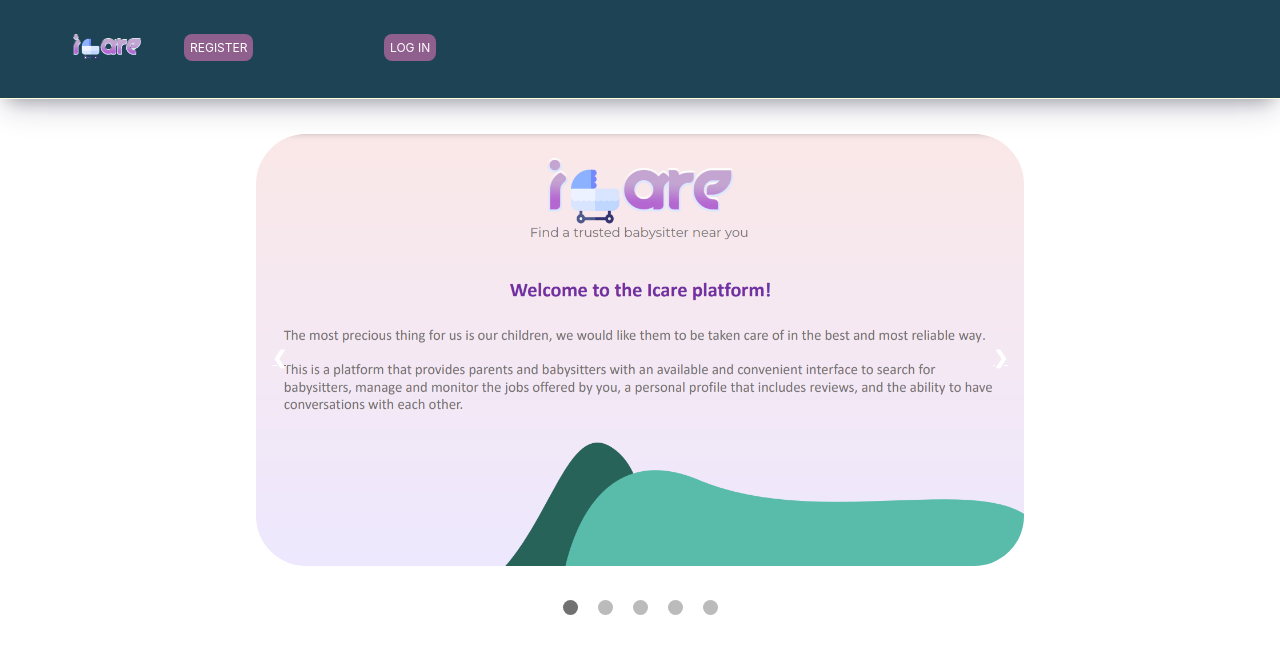
Repository: DorAzaria/iCare
Page: / (app in front-end/)
These files come from the project's save history. The page is drawn as it stood at one moment and after the next save; the edit follows.
The browser window is 1280 px wide. The pictures show the whole page.
The project was rebuilt for these pictures with package versions that can differ from the ones it lists, and the page was loaded fresh each time. Also part of the build but not shown: front-end/craco.config.js, front-end/src/database/Driver/index.js, front-end/src/shared/AppKeys/index.js, front-end/src/components/Shells/Navigation/index.jsx, front-end/src/shared/ErrorCodes/index.js, front-end/src/components/Views/LogIn/index.css, front-end/src/components/Views/LogIn/index.jsx, front-end/src/components/Partials/JobPost/index.css and 46 more.

Above is the page before, as saved 2022-08-16 15:15:53.

### front-end/src/index.js
import React from 'react';
import ReactDOM from 'react-dom/client';

import App from '@components/App';
import 'bootstrap/dist/css/bootstrap.min.css';
import './index.css';
import './styles/buttons.css';
import './styles/layouts.css';
import './styles/titles.css';

const root = ReactDOM.createRoot(document.getElementById('root'));
root.render(
  <React.StrictMode>
    <App />
  </React.StrictMode>
);

### front-end/src/components/App/index.jsx
import React from 'react';

import {
  BrowserRouter,
  Routes,
  Route,
} from 'react-router-dom';

import AppContext, { defaultContext } from '@contexts/App';

import ViewIndex from '@components/Views/Index';
import ViewLogIn from '@components/Views/LogIn';
import ViewJobs from '@components/Views/Jobs';
import ViewPreRegister from '@components/Views/PreRegister';
import ViewParentRegister from '@components/Views/Parent-Register';
import ViewBabySitterRegister from '@components/Views/BabySitter-Register';
//import ViewRegister from '@components/Views/Register';
import ViewApply from '@components/Views/Apply';
import ViewRequests from '@components/Views/Requests';
import ViewChat from '@components/Views/Chat';
import ViewProfile from '@components/Views/Profile';
import ViewSitters from '@components/Views/Sitters';
import ViewParents from '@components/Views/Parents';

import ViewSitterProfile from '@components/Views/SitterProfile';
import ViewJobDetail from '@components/Views/JobDetail';

import ViewWatches from '@components/Views/Watches';

import ViewParentProfile from '@components/Views/ParentProfile';

import ViewLogOut from '@components/Views/LogOut';

import './index.css';

import 'bootstrap/dist/css/bootstrap.min.css';

class App extends React.Component {

  constructor(props) {
    super(props);

    this.state = { ...defaultContext };
    this.state.app = this;

  }

  render () {

    const appContext = this.state;

    const viewIndex = <ViewIndex/>;
    const viewLogIn = <ViewLogIn/>;
    const viewJobs = <ViewJobs/>;
    const viewProfile = <ViewProfile/>;
    //const viewRegister = <ViewRegister/>;
    const viewPreRegister = <ViewPreRegister/>
    const viewParentRegister = <ViewParentRegister/>
    const viewBabySitterRegister = <ViewBabySitterRegister/>
    const viewApply = <ViewApply/>;
    const viewRequests = <ViewRequests/>;
    const viewChat = <ViewChat/>;
    const viewWatches = <ViewWatches/>;

    const viewSitters = <ViewSitters/>;
    const viewParents = <ViewParents/>;
    const viewSitterProfile = <ViewSitterProfile/>;
    const viewJobDetail = <ViewJobDetail/>;
    const viewParentProfile = <ViewParentProfile/>;
    const viewLogOut = <ViewLogOut/>;

    return (
      <AppContext.Provider value={ appContext }>
        <div className="App">
          <div className="App_layerBase">
            <BrowserRouter>
              <Routes>
                <Route path="/" element={ viewIndex } exact/>
                <Route path="/sitters" element={ viewSitters }  exact/>
                <Route path="/register" element={ viewPreRegister }  exact/>
                <Route path="/parent-register" element={ viewParentRegister }  exact/>
                <Route path="/babysitter-register" element={ viewBabySitterRegister }  exact/>
                <Route path="/log-in" element={ viewLogIn }  exact/>
                <Route path="/jobs" element={ viewJobs }  exact/>
                <Route path="/apply" element={ viewApply }  exact/>
                <Route path="/requests" element={ viewRequests }  exact/>
                <Route path="/chat" element={ viewChat }  exact/>

                <Route path="/families" element={ viewParents }  exact/> { /* update from here*/}
                <Route path="/profile" element={ viewProfile }  exact/>
                <Route path="/watchlist" element={ viewWatches }  exact/>
                <Route path="/sitter-profile" element={ viewSitterProfile }  exact/>
                <Route path="/job-detail" element={ viewJobDetail }  exact/>
                <Route path="/parent-profile" element={ viewParentProfile }  exact/>
                <Route path="/log-out" element={ viewLogOut } exact/>
              </Routes>
            </BrowserRouter>
          </div>
          { /* <div className="App_layerPopup"></div> */ }
        </div>
      </AppContext.Provider>
    );

  }

}

export default App;

### front-end/src/styles/buttons.css
.Button_navigation {
  background: #8f5f8d;
  border-radius: 8px;

  color: white;
  padding: 6px;
  text-align: center;
  font-size: 12px;
  text-decoration: none;
}

.Button_disabled {
  background: #4F4F4F;
  border-radius: 8px;
  color: white;

  padding: 8px;

  text-align: center;
  text-decoration: none;
}

### front-end/src/contexts/App/index.js
import React from 'react';

import StringsEnglish from './strings/English';
import ErrorsEnglish from './errors/English';

let user = JSON.parse(sessionStorage.getItem('user'));

console.log ( 'user');
console.log ( user);

export const defaultContext = Object.freeze({
  strings: StringsEnglish,
  errors: ErrorsEnglish,
  app: null, // app component
  user: user, // logged-in user
});

const AppContext = React.createContext(defaultContext);

export default AppContext;

### front-end/src/components/Views/Index/index.jsx
import React from 'react';

import { Link} from 'react-router-dom';

import AppContext from '@contexts/App';

import ShellMainGate from '@components/Shells/MainGate';
import ShellNavigation from '@components/Shells/Navigation';

import Links from '@shared/Links';
import {Button, ButtonGroup, Row, Col , Container ,   Navbar,
  NavbarBrand,
  Nav,
  NavLink,
  NavbarToggler,
  Collapse,
  NavItem,
  Dropdown,
  DropdownToggle,
  DropdownMenu,
  DropdownItem,} from 'reactstrap';
import './index.css';


const MAP_LINKS = Links['MAP_LINKS'];

class ViewIndex extends React.Component {

  static contextType = AppContext;

  constructor(props) {
    super(props);

    this.state = {
      slideIndex: 0,
    };

  }



  render () {

    const { context } = this;

    const { strings, user } = context;


    const {state } = this;
    const { slideIndex } = state;
    let bgs = [
      {id:0, name:'bg0.png', imgStyle:'none', dotClass:''},
      {id:1, name:'bg1.png', imgStyle:'none', dotClass:''},
      {id:2, name:'bg2.jpg', imgStyle:'none', dotClass:''},
      {id:3, name:'bg3.jpg', imgStyle:'none', dotClass:''},
      {id:4, name:'bg4.jpg', imgStyle:'none', dotClass:''}
    ]
    bgs[slideIndex]['imgStyle'] = 'block';
    bgs[slideIndex]['dotClass'] = 'active';


    const currentSlide =(n)=>{
      this.setState ( {slideIndex:n});
    }


    const plusSlides = (n) =>{
      let {state} = this;
      let {slideIndex} = state;
      let newIndex = (slideIndex + n + 5) % 5;
      this.setState ( {slideIndex:newIndex});
    }

    const bgMakeElement = (bg) => {
      const key = 'bg_' + bg['name'];
      let imgStyle = bg['imgStyle'];

      return (
        <div key = {key}
          style = {{display:imgStyle, alignContent:'center'}}
        >
          <img src={bg['name']} alt = "Child Care Background" style={{width:'100%', borderRadius:'50px'}}></img>
        </div>
      )
    }

    const elementsBg = bgs.map ( bgMakeElement);

    const dotMakeElement = (bg) => {
      const key = 'dot_' + bg['name'];

      return (
        <span key = {key}
          className={bg['dotClass'] + ' dot'}
          onClick = {()=>currentSlide(bg['id'])}
          style = { {margin:'10px'}}
        >
        </span>
      )
    }

    const elementsDot = bgs.map( dotMakeElement)


    // render for when the user is logged in.
    const renderA = () => {

      const { type } = user;


      const body = (
        <div>
          <div className="slideshow-container">
            {elementsBg}
            <a href = "#foo" className="prev" onClick = {() =>plusSlides(-1)}>&#10094;</a>
            <a href = "#foo" className="next" onClick = {() =>plusSlides(1)}>&#10095;</a>
          </div>
          <br></br>

          <div style={{textAlign:'center'}}>
            {elementsDot}
          </div>
        </div>
      );

      const links = MAP_LINKS[type];

      return (<ShellNavigation body={ body } links={ links }/>);

    };

    // render for when the user is not logged in.
    const renderB = () => {

      const welcome = strings['TITLE_WELCOME'];
      const labelRegister = strings['LABEL_REGISTER'];
      const labelLogIn = strings['LABEL_LOG_IN'];


      const body = (
        <>
        <header className="sticky-top icare-navbar">
        <Navbar
          dark
          style={{ height: 90}}
          expand="md"
          className="container-xxl"
        >
          <NavbarBrand href="/">
            <img alt="iCare" src="logo.png" className="logo-img" />

          </NavbarBrand>

          <div className="flex-grow-1">

          <Nav className="mr-auto" navbar >
            <NavItem style={{paddingLeft: "26px",
              marginBottom:"6px", width: '200px'}}>
            <Link className="Button_navigation" style={{minWidth: '200px', minHeight: '20px'}} to="/register">{ labelRegister }</Link>
            </NavItem>
            <NavItem style={{paddingLeft: "26px",
              marginBottom:"6px",}}>
            <Link className="Button_navigation" style={{minWidth: '200px', minHeight: '20px'}} to="/log-in">{ labelLogIn }</Link>
            </NavItem>
                  {/* <img src = { profileUrl ? profileUrl : 'logo.png'} className = "profile-avatar" alt = "user profile"></img> */}
                </Nav>
          </div>
          </Navbar>
          </header>

          <div className="slideshow-container">
                {elementsBg}
                <a href = "#foo" className="prev" onClick = {() =>plusSlides(-1)}>&#10094;</a>
                <a href = "#foo" className="next" onClick = {() =>plusSlides(1)}>&#10095;</a>
              </div>
              <br></br>

              <div style={{textAlign:'center'}}>
                {elementsDot}
              </div>
        </>

      );

      return (<ShellMainGate body={ body }/>);

    };

    if (user) { // logged-in

      return renderA();

    } else { // not logged-in

      return renderB();

    }

  }

}

export default ViewIndex;

### front-end/src/components/App/index.css
.App {
  position: fixed;
  top: 0;
  left: 0;
  z-index: 0;

  width: 100vw;
  height: 100vh;
}

.App_layerBase {
  position: absolute;
  top: 0;
  left: 0;
  z-index: 1000;

  width: 100%;
  height: 100%;

  overflow-x: hidden;
  overflow-y: auto;
}

.App_layerPopup {
  position: absolute;
  top: 0;
  left: 0;
  z-index: 1000;

  width: 100%;
  height: 100%;
}

### front-end/src/contexts/App/strings/English/index.js
const LABEL_BABYSITTER = 'BABYSITTER';

const LABEL_CHATS = 'Chats';

const LABEL_DESCRIPTION = 'DESCRIPTION';

const LABEL_DELETE = 'DELETE';

const LABEL_EDIT = 'EDIT';

const LABEL_EMAIL = 'Email';

const LABEL_EMPTY_PROFILES = 'NO PROFILES';

const LABEL_FIRST_NAME = 'FIRST NAME';

const LABEL_JOBS = 'Jobs';

const LABEL_LAST_NAME = 'LAST NAME';

const LABEL_LOG_IN = 'LOG IN';

const LABEL_NAME = 'NAME';

const LABEL_NUMBER = 'NUMBER';

const LABEL_PARENT = 'PARENT';

const LABEL_PASSWORD = 'Password';

const LABEL_REGISTER = 'REGISTER';

const LABEL_RELOAD = 'RELOAD';

const LABEL_REQUESTS = 'Requests';

const LABEL_SCHEDULE = 'SCHEDULE';

const LABEL_SCHEDULE_START = 'SCHEDULE START';

const LABEL_SCHEDULE_END = 'SCHEDULE END';

const LABEL_SUBMIT = 'SUBMIT';

const LABEL_TITLE = 'TITLE';

const LABEL_TYPE = 'TYPE';

const LABEL_USERNAME = 'USERNAME';

const MESSAGE_PROFILES_LOAD_FAIL = 'FAILED TO LOAD PROFILES!';

const MESSAGE_APPLY_FAIL = 'FAILED TO APPLY FOR JOB!';

const MESSAGE_APPLY_SUCCESS = 'SUCCESSFULLY APPLIED TO JOB!';

const MESSAGE_APPLY_TRY = 'TRYING TO APPLY FOR JOB...';

const MESSAGE_JOBS_FAIL = 'FAILED TO SAVE JOB!';

const MESSAGE_JOBS_SUCCESS = 'JOB SUCCESSFULLY SAVED!';

const MESSAGE_JOBS_TRY = 'TRYING TO SAVE JOB...';

const MESSAGE_LOG_IN_FAIL = 'FAILED TO LOG IN!';

const MESSAGE_LOG_IN_SUCCESS = 'LOG-IN SUCCESSFUL!';

const MESSAGE_LOG_IN_TRY = 'TRYING TO LOG IN...';

const MESSAGE_REGISTRATION_FAIL = 'FAILED TO REGISTER NEW USER!';

const MESSAGE_UPDATEPROFILE_FAIL = 'FAILED TO UPDATE PROFILE!';

const MESSAGE_REGISTRATION_SUCCESS = 'SUCCESSFULLY REGISTERED USER!';

const MESSAGE_UPDATEPROFILE_SUCCESS = 'SUCCESSFULLY UPDATE PROFILE!';

const MESSAGE_REGISTRATION_TRY = 'TRYING TO REGISTER NEW USER...';

const MESSAGE_UPDATE_PROFILE_TRY = 'TRYING TO UPDATE PROFILE...';

const SEND_MESSAGE_FAIL = 'FAILED TO SEND MESSAGE!';

const SEND_MESSAGE_SUCCESS = 'MESSAGE SUCCESSFULLY SENT!';

const SEND_MESSAGE_TRY = 'TRYING TO SEND MESSAGE...';

const TITLE_APP = 'iCare';

const TITLE_JOBS_ALL = 'All Jobs';

const TITLE_JOBS_NEW = 'New Job';

const TITLE_JOBS_OPEN = 'Open Jobs';

const TITLE_LOG_IN = 'Log In';

const TITLE_MY_JOBS = 'My Jobs';

const TITLE_REGISTER = 'Who Are you?';

const TITLE_WELCOME = "Welcome to our website we offer blab la bla"

const WARNING_NOT_LOGGED = 'YOU ARE NOT LOGGED IN!';


//updated

const LABEL_SITTERS = 'Sitters';
const LABEL_WATCHLIST = 'Watch List';
const LABEL_LOGOUT = 'Log Out'
const LABEL_FAMILIES = 'Families';

const LABEL_HOME = 'Home';

const TITLE_ALL_SITTERS = 'All Sitters'; //all sitters page
const LABEL_PRICE_RANGE = 'Price Range';
const LABEL_AGE_RANGE = 'Age Range';
const LABEL_GENDER = 'Gender';
const LABEL_CHILD_CARE = 'Child Care';
const LABEL_SCHOOL_HELP = 'School Help';
const LABEL_AGE = 'Age';
const LABEL_PRICE = 'Price';
const LABEL_SKILLS = 'Skills';
const LABEL_PROFILE = 'Profile';

//sitter profile
const TITLE_SITTER_REVIEWS = 'Sitter Reviews';
const TITLE_SITTER_JOBS = 'Sitter Jobs';

//job detail
const TITLE_JOB_COMMENTS = 'Job Comments';

//registration
const LABEL_LOC = 'Location';
const LABEL_SHORT_INFO = 'Short Information';
const LABEL_EDUCATION = 'Education';
const LABEL_EXP_YEARS = 'Experienced Years';
const LABEL_NUM_OF_CHILDREN = 'Number of Children';


//parent profile
const TITLE_PARENT_REVIEWS = 'Parent Reviews';
const TITLE_PARENT_JOBS = 'Parent Jobs';


const TITLE_ALL_PARENTS = 'All Parents'; //all parents pages

//request page
const TITLE_APPLIED_JOBS = 'All My Applied Jobs';
const TITLE_POSTED_JOBS = 'All My Posted Jobs';


const StringsEnglish = Object.freeze({
    LABEL_BABYSITTER,
    LABEL_CHATS,
    LABEL_DESCRIPTION,
    LABEL_DELETE,
    LABEL_EDIT,
    LABEL_EMAIL,
    LABEL_EMPTY_PROFILES,
    LABEL_FIRST_NAME,
    LABEL_JOBS,
    LABEL_LAST_NAME,
    LABEL_LOG_IN,
    LABEL_NAME,
    LABEL_NUMBER,
    LABEL_PARENT,
    LABEL_PASSWORD,
    LABEL_REGISTER,
    LABEL_HOME,
    LABEL_RELOAD,
    LABEL_REQUESTS,
    LABEL_SCHEDULE,
    LABEL_SCHEDULE_START,
    LABEL_SCHEDULE_END,
    LABEL_SUBMIT,
    LABEL_TITLE,
    LABEL_TYPE,
    LABEL_USERNAME,
    MESSAGE_APPLY_FAIL,
    MESSAGE_APPLY_SUCCESS,
    MESSAGE_APPLY_TRY,
    MESSAGE_JOBS_FAIL,
    MESSAGE_JOBS_SUCCESS,
    MESSAGE_JOBS_TRY,
    MESSAGE_LOG_IN_FAIL,
    MESSAGE_LOG_IN_SUCCESS,
    MESSAGE_LOG_IN_TRY,
    MESSAGE_PROFILES_LOAD_FAIL,
    MESSAGE_REGISTRATION_FAIL,
    MESSAGE_REGISTRATION_SUCCESS,
    MESSAGE_UPDATEPROFILE_SUCCESS,
    MESSAGE_REGISTRATION_TRY,
    MESSAGE_UPDATEPROFILE_FAIL,
    MESSAGE_UPDATE_PROFILE_TRY,
    SEND_MESSAGE_FAIL,
    SEND_MESSAGE_SUCCESS,
    SEND_MESSAGE_TRY,
    TITLE_APP,
    TITLE_JOBS_ALL,
    TITLE_JOBS_NEW,
    TITLE_JOBS_OPEN,
    TITLE_LOG_IN,
    TITLE_MY_JOBS,
    TITLE_REGISTER,
    WARNING_NOT_LOGGED,

    LABEL_SITTERS,//updated
    LABEL_WATCHLIST,
    LABEL_FAMILIES,
    LABEL_LOGOUT,

    TITLE_ALL_SITTERS, //all sitters page
    LABEL_PRICE_RANGE,
    LABEL_AGE_RANGE,
    LABEL_GENDER,
    LABEL_CHILD_CARE,
    LABEL_SCHOOL_HELP,
    LABEL_AGE,
    LABEL_PRICE,
    LABEL_SKILLS,
    LABEL_PROFILE,

    LABEL_LOC,
    LABEL_SHORT_INFO,
    LABEL_EDUCATION,
    LABEL_EXP_YEARS,
    LABEL_NUM_OF_CHILDREN,

    TITLE_SITTER_REVIEWS, //sitter profile page
    TITLE_SITTER_JOBS,

    TITLE_JOB_COMMENTS, //job detail

    TITLE_ALL_PARENTS, //parents page

    TITLE_PARENT_REVIEWS, //sitter profile page
    TITLE_PARENT_JOBS,

    TITLE_POSTED_JOBS, //request page
    TITLE_APPLIED_JOBS,

    TITLE_WELCOME
});

export default StringsEnglish;

### front-end/src/contexts/App/errors/English/index.js
const ERROR_NOT_AUTHORIZED = 'NOT AUTHORIZED TO DO THIS OPERATION';

const ERROR_SERVER_TIMEOUT = 'THE SERVER TOOK TOO LONG TO RESPOND';

const ERROR_UNKNOWN = 'AN UNEXPECTED ERROR HAPPENED';

const ErrorsEnglish = Object.freeze({
    ERROR_NOT_AUTHORIZED,
    ERROR_SERVER_TIMEOUT,
    ERROR_UNKNOWN,
});

export default ErrorsEnglish;

### front-end/src/components/Shells/MainGate/index.jsx
import React from 'react';
import PropTypes from 'prop-types';

import { Link } from 'react-router-dom';

import AppContext from '@contexts/App';

import './index.css';


// This is the shell for users that are not logged-in.
// Because they are not logged-in, they're outside at the main gate.
class ShellMainGate extends React.Component {

  static contextType = AppContext;

  render () {

    const { props} = this;

    const { body } = props;

    return (
      <div className="ShellMainGate">

        <div className="ShellMainGate_body">{ body }</div>
      </div>
    );

  }

}

ShellMainGate.propTypes = {
  body: PropTypes.element.isRequired
};

export default ShellMainGate;

### front-end/src/shared/Links/index.js
const LINKS_BABYSITTER = [
  {
    key:'LABEL_HOME',
    link:'/'
  },
  // {
  //   key:'LABEL_CHATS',
  //   link:'/chat'
  // },
  {
    key:'LABEL_FAMILIES',
    link:'/families'
  },
  {
    key: 'LABEL_JOBS',
    link: '/jobs',
  },
  {
    key: 'LABEL_REQUESTS',
    link: '/requests',
  },
];

const LINKS_PARENT = [
  {
    key:'LABEL_HOME',
    link:'/'
  },
  // {
  //   key:'LABEL_CHATS',
  //   link:'/chat'
  // },
  {
    key:'LABEL_SITTERS',
    link:'/sitters'
  },
  {
    key: 'LABEL_JOBS',
    link: '/jobs',
  },
  {
    key: 'LABEL_REQUESTS',
    link: '/requests',
  },
  {
    key:'LABEL_WATCHLIST',
    link:'/watchlist'
  },
];


const MAP_LINKS = {
  'babysitter': LINKS_BABYSITTER,
  'parent': LINKS_PARENT,
};

const Links = Object.freeze({
  LINKS_BABYSITTER,
  LINKS_PARENT,
  MAP_LINKS,
});

export default Links;

### front-end/src/components/Views/Index/index.css
* {box-sizing:border-box}

/* Slideshow container */
.slideshow-container {
  width:60%;
  position: relative;
  margin:auto;
}

/* Next & previous buttons */
.prev, .next {
  cursor: pointer;
  position: absolute;
  top: 50%;
  width: auto;
  margin-top: -22px;
  padding: 16px;
  color: white;
  font-weight: bold;
  font-size: 18px;
  transition: 0.6s ease;
  border-radius: 0 3px 3px 0;
  user-select: none;
}

/* Position the "next button" to the right */
.next {
  right: 0;
  border-radius: 3px 0 0 3px;
}

/* On hover, add a black background color with a little bit see-through */
.prev:hover, .next:hover {
  background-color: rgba(0,0,0,0.8);
}

/* Caption text */
.text {
  color: #f2f2f2;
  font-size: 15px;
  padding: 8px 12px;
  position: absolute;
  bottom: 8px;
  width: 100%;
  text-align: center;
}

/* The dots/bullets/indicators */
.dot {
  cursor: pointer;
  height: 15px;
  width: 15px;
  margin: 0 2px;
  background-color: #bbb;
  border-radius: 50%;
  display: inline-block;
  transition: background-color 0.6s ease;
}

.active, .dot:hover {
  background-color: #717171;
}

### front-end/src/components/Shells/MainGate/index.css
.ShellMainGate {
  display: grid;
  grid-template-rows: auto 1fr;
  grid-template-columns: 1fr;

  width: 100%;
  /* height: 100%; */
}

.ShellMainGate_head {
  grid-area: 1/1/2/2;
  padding: 2.75rem;

  align-self: center;
  justify-self: center;
}

.ShellMainGate_headTitle {
  font-size: 0.8rem;
  font-weight: bold;
}

.ShellMainGate_body {
  /* grid-area: 2/1/3/2; */
  min-width: 450px;
  align-self: center;
  justify-self: center;
}

### front-end/src/components/Shells/Navigation/index.css
.profile-avatar {
  width:40px;
  height:40px;
  border-radius:25px;
  float:right;
}

.icare-navbar {
  border-bottom: 1px solid lightyellow;
  padding: 0.25rem 0;
  background-color: #1d4354;
  box-shadow: rgba(50, 50, 93, 0.25) 0px 13px 27px -5px, rgba(0, 0, 0, 0.3) 0px 8px 16px -8px;
  margin-bottom: 35px;
}

.flex-grow-1 {
  flex-grow: 1!important;
}

.logo-img {
  width:70px;
  height:40px;
  border-radius:10px;
  margin-left: 3em;

}

.card .content .time {
  color: #1d4354!important;
}
.card .message .text {
  color: #1d4354;
  font-size: 12px;
  padding: 0;
  bottom: 3px;
  width: 100%;
  text-align: start;
  position: relative;
  word-wrap: break-word;
  word-break: break-all;
}
.card .image img {
  height: 40px;
  width: 40px;
  border-radius: 50%;
}
.notifications .icon .image {
  height: 28px!important;
  width: 28px!important;
  cursor: pointer;
}

.card {
  padding: 0!important;
}

Loaded but not shown: front-end/public/index.html (common file); front-end/src/index.css (common file); front-end/src/components/Partials/ChatRequest/index.css (no stored copy; drawn as an empty file)

After the next save:
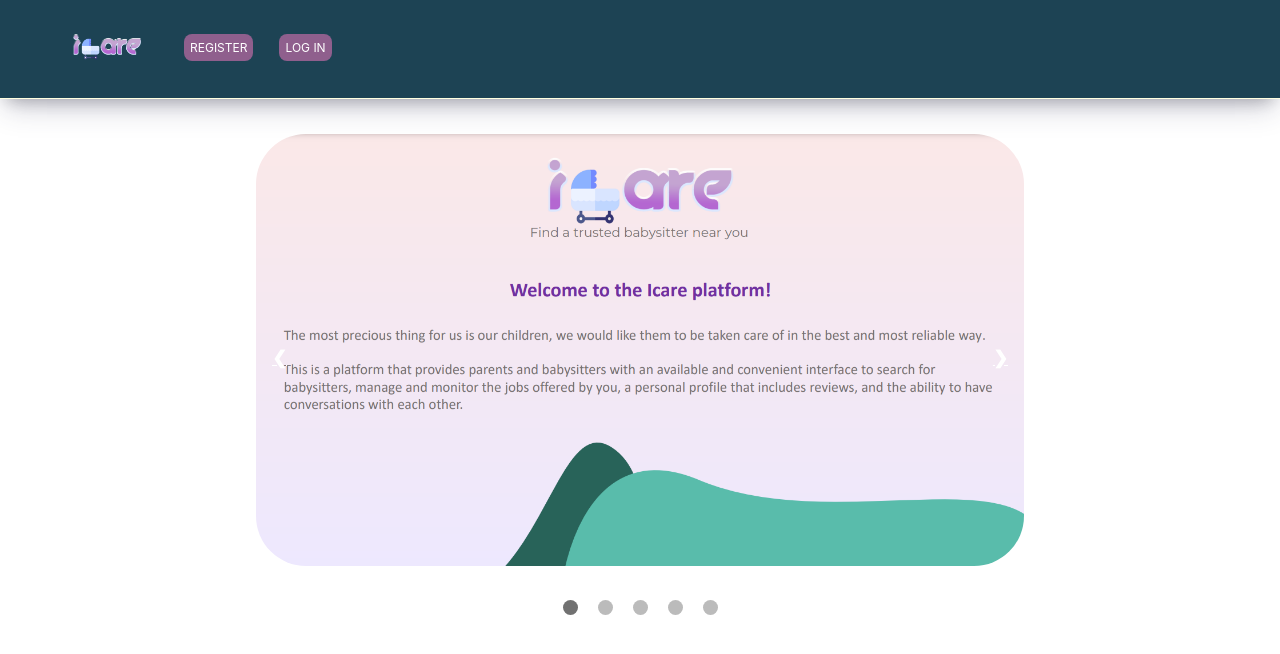
Saved 8 s later.
--- a/front-end/src/components/Views/Index/index.jsx
+++ b/front-end/src/components/Views/Index/index.jsx
@@ -155,7 +155,7 @@ class ViewIndex extends React.Component {
 
           <Nav className="mr-auto" navbar >
             <NavItem style={{paddingLeft: "26px",
-              marginBottom:"6px", width: '200px'}}>
+              marginBottom:"6px", }}>
             <Link className="Button_navigation" style={{minWidth: '200px', minHeight: '20px'}} to="/register">{ labelRegister }</Link>
             </NavItem>
             <NavItem style={{paddingLeft: "26px",
